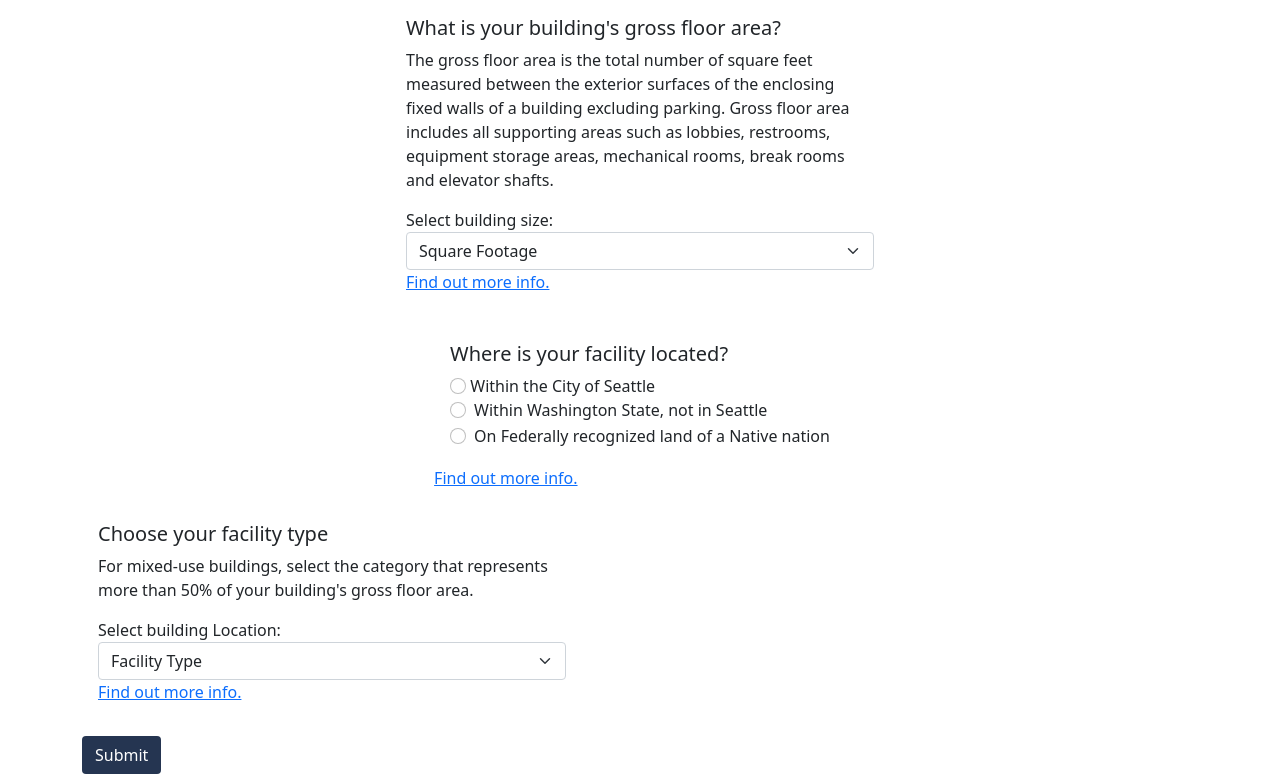
Repository: ChaidGPT/SershonSystemsQuiz
Page: index.html
The author's editor kept a copy of each file at every save. The page is drawn from the files as they stood at one save, then again after the next save.
The browser window is 1280 px wide. The pictures show the whole page.

Above is the page before, as saved 2023-07-07 10:52:32.

### index.html
<!DOCTYPE html>
<html>

<head>
	<meta charset="utf-8">
	<title>Quiz</title>
	<link rel="stylesheet" href="https://cdn.jsdelivr.net/npm/bootstrap@5.0.2/dist/css/bootstrap.min.css">
	<style>
	.card {
		max-width: 500px;
        border: none;
	}

	.card-column {
		display: flex;
		flex-direction: column;
		align-items: center;
	}
    .btn {
        color: white;
        background-color: #253551;
    }
	</style>
</head>

<body>
	<div class="container">

		<!-- Question 1 Card -->
		<div class="row">
			<div class="col">
				<div class="card-column">
					<div class="card mb-3">
						<div class="card-body">
							<h5 class="card-title">What is your building's gross floor area?</h5>
							<p class="card-text">The gross floor area is the total number of square feet measured between the exterior surfaces of the enclosing fixed walls of a building excluding parking. Gross floor area includes all supporting areas such as lobbies, restrooms, equipment storage areas, mechanical rooms, break rooms and elevator shafts.</p>
							<div class="form-group">
								<label for="buildingSize">Select building size:</label>
								<select id="buildingSize" type="number" class="form-select dropdown">
									<option value="">Square Footage</option>
									<option value="under20k">less than 20k square feet</option>
									<option value="20kTo30k">20k - 30k square feet</option>
									<option value="30kTo50k">30k - 50k square feet</option>
									<option value="50kTo70k">50k - 70k square feet</option>
									<option value="70kTo90k">70k - 90k square feet</option>
									<option value="90kTo100k">90k - 100k square feet</option>
									<option value="100kTo200k">100k - 200k square feet</option>
									<option value="200kTo220k">200k - 220k square feet</option>
									<option value="over220k">over 220k square feet</option>
								</select>
							</div> <a href="" target="_blank">Find out more info.</a> </div>
					</div>
					<!-- Question 1 Card End -->

					<!-- Question 2 Card -->
					<div class="card mb-3">
                        <div class="card-body">
                            <h5 class="card-title">Where is your facility located?</h5>
                            <div class="form-group">
                                    <input type="radio" id="seattle" name="buildingLocation" value="seattle" class="form-check-input">
                                    <label for="seattle" class="form-check-label">Within the City of Seattle</label>
                                </div>
                                <div class="form-check">
                                    <input type="radio" id="washington" name="buildingLocation" value="washington" class="form-check-input">
                                    <label for="washington" class="form-check-label">Within Washington State, not in Seattle</label>
                                </div>
                                <div class="form-check">
                                    <input type="radio" id="native" name="buildingLocation" value="native" class="form-check-input">
                                    <label for="native" class="form-check-label">On Federally recognized land of a Native nation</label>
                                </div>
                            </div>
                            <a href="" target="_blank">Find out more info.</a>
                        </div>
                    </div>
					<!-- Question 2 Card End -->

					<!-- Question 3 Card -->
					<div class="card mb-3">
						<div class="card-body">
							<h5 class="card-title">Choose your facility type</h5>
							<p class="card-text">For mixed-use buildings, select the category that represents more than 50% of your building's gross floor area.</p>
							<div class="form-group">
								<label for="facilityType">Select building Location:</label>
								<select id="facilityType" type="number" class="form-select dropdown">
									<option value="">Facility Type</option>
									<option value="commercial">Commercial</option>
									<option value="MFsingle">Multifamily residential, single owner</option>
									<option value="MFmultiple">Multifamily residential, condo building/multiple owner</option>
									<option value="industrial">Industrial (more than 50% of GFA falls under Factory Group F)</option>
									<option value="federal">Federally owned building (any type)</option>
								</select>
							</div> <a href="" target="_blank">Find out more info.</a> </div>
					</div>
					<!-- Question 3 Card End -->

                    <button type="submit" class="btn">Submit</button>
				</div>
			</div>
		</div>
	</div>

	<script src="https://cdn.jsdelivr.net/npm/bootstrap@5.0.2/dist/js/bootstrap.bundle.min.js"></script>
	<script>
	// Add custom JavaScript here if needed
	</script>

</body>

</html>

After the next save:
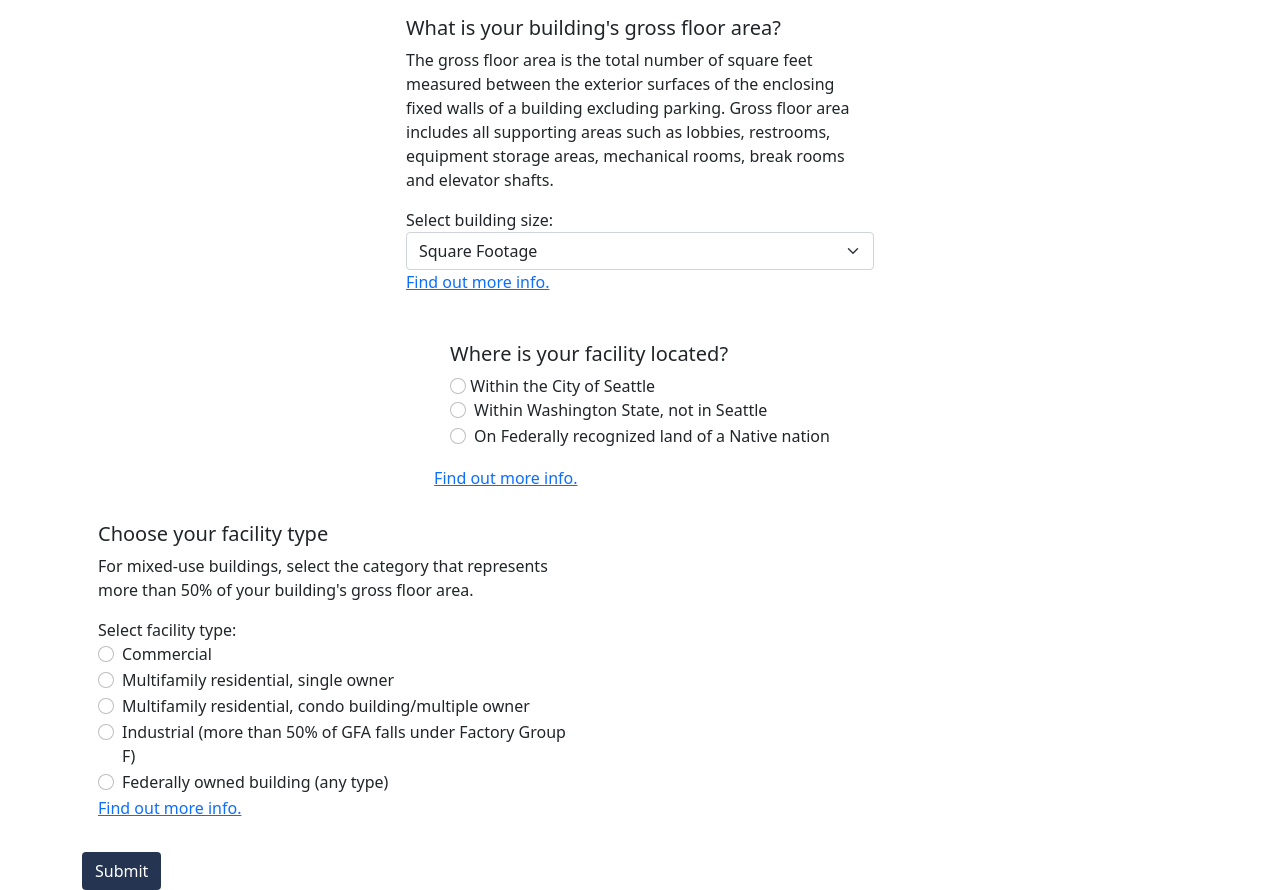
Saved 2 min 17 s later.
--- a/index.html
+++ b/index.html
@@ -75,23 +75,38 @@
 					<!-- Question 2 Card End -->
 
 					<!-- Question 3 Card -->
-					<div class="card mb-3">
-						<div class="card-body">
-							<h5 class="card-title">Choose your facility type</h5>
-							<p class="card-text">For mixed-use buildings, select the category that represents more than 50% of your building's gross floor area.</p>
-							<div class="form-group">
-								<label for="facilityType">Select building Location:</label>
-								<select id="facilityType" type="number" class="form-select dropdown">
-									<option value="">Facility Type</option>
-									<option value="commercial">Commercial</option>
-									<option value="MFsingle">Multifamily residential, single owner</option>
-									<option value="MFmultiple">Multifamily residential, condo building/multiple owner</option>
-									<option value="industrial">Industrial (more than 50% of GFA falls under Factory Group F)</option>
-									<option value="federal">Federally owned building (any type)</option>
-								</select>
-							</div> <a href="" target="_blank">Find out more info.</a> </div>
-					</div>
-					<!-- Question 3 Card End -->
+<div class="card mb-3">
+    <div class="card-body">
+        <h5 class="card-title">Choose your facility type</h5>
+        <p class="card-text">For mixed-use buildings, select the category that represents more than 50% of your building's gross floor area.</p>
+        <div class="form-group">
+            <label for="facilityType">Select facility type:</label>
+            <div class="form-check">
+                <input type="radio" id="commercial" name="facilityType" value="commercial" class="form-check-input">
+                <label for="commercial" class="form-check-label">Commercial</label>
+            </div>
+            <div class="form-check">
+                <input type="radio" id="MFsingle" name="facilityType" value="MFsingle" class="form-check-input">
+                <label for="MFsingle" class="form-check-label">Multifamily residential, single owner</label>
+            </div>
+            <div class="form-check">
+                <input type="radio" id="MFmultiple" name="facilityType" value="MFmultiple" class="form-check-input">
+                <label for="MFmultiple" class="form-check-label">Multifamily residential, condo building/multiple owner</label>
+            </div>
+            <div class="form-check">
+                <input type="radio" id="industrial" name="facilityType" value="industrial" class="form-check-input">
+                <label for="industrial" class="form-check-label">Industrial (more than 50% of GFA falls under Factory Group F)</label>
+            </div>
+            <div class="form-check">
+                <input type="radio" id="federal" name="facilityType" value="federal" class="form-check-input">
+                <label for="federal" class="form-check-label">Federally owned building (any type)</label>
+            </div>
+        </div>
+        <a href="" target="_blank">Find out more info.</a>
+    </div>
+</div>
+<!-- Question 3 Card End -->
+
 
                     <button type="submit" class="btn">Submit</button>
 				</div>
